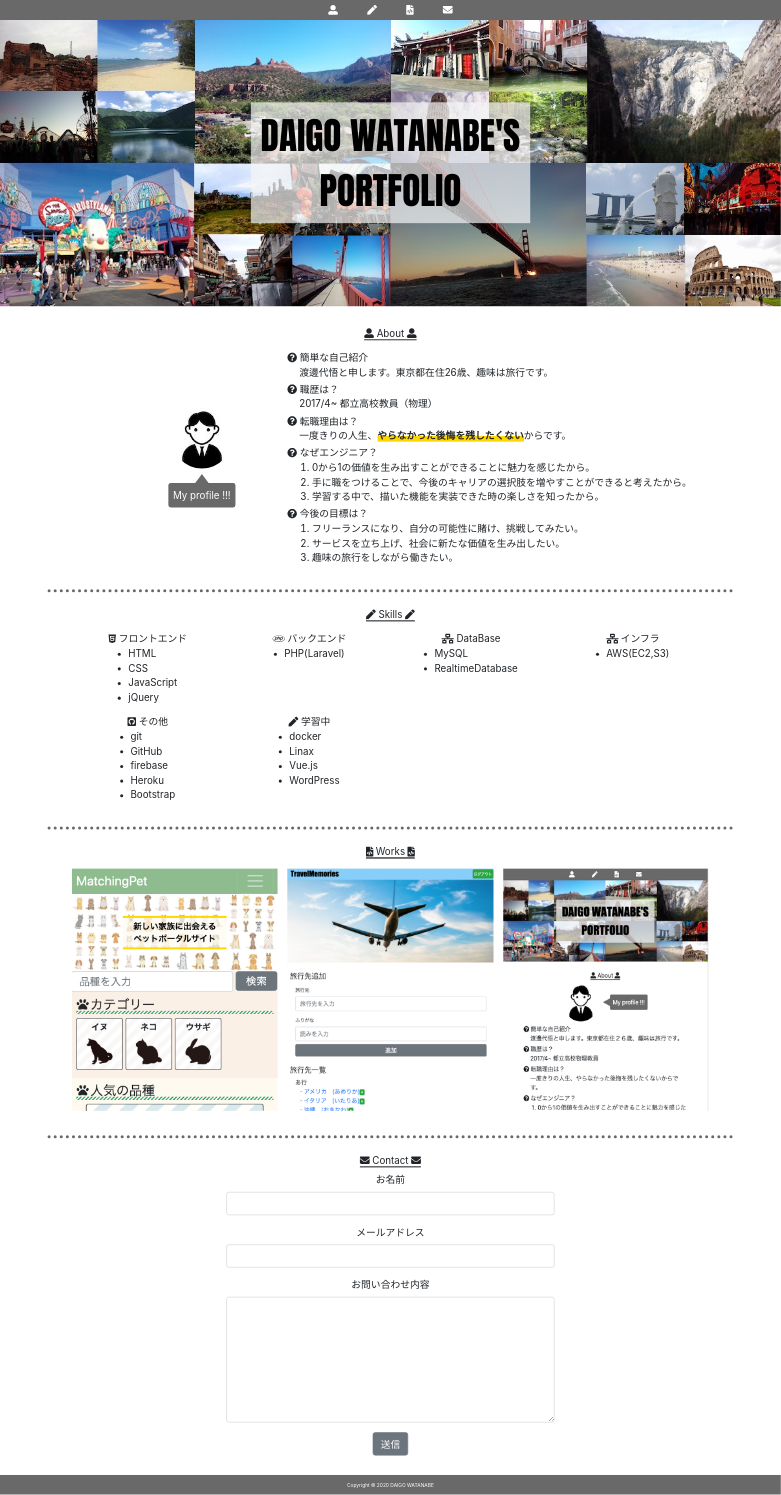
Repository: watanabedaigo/Portfolio
Page: public/index.html
The author's editor kept a record of every edit. The page is drawn from the files as they stood at one moment, then again after the next edit.
The browser window is 1280 px wide. The pictures show the whole page, at 61% of full size.
Some web libraries are served in a nearby version.

Above is the page before.

After the next edit:
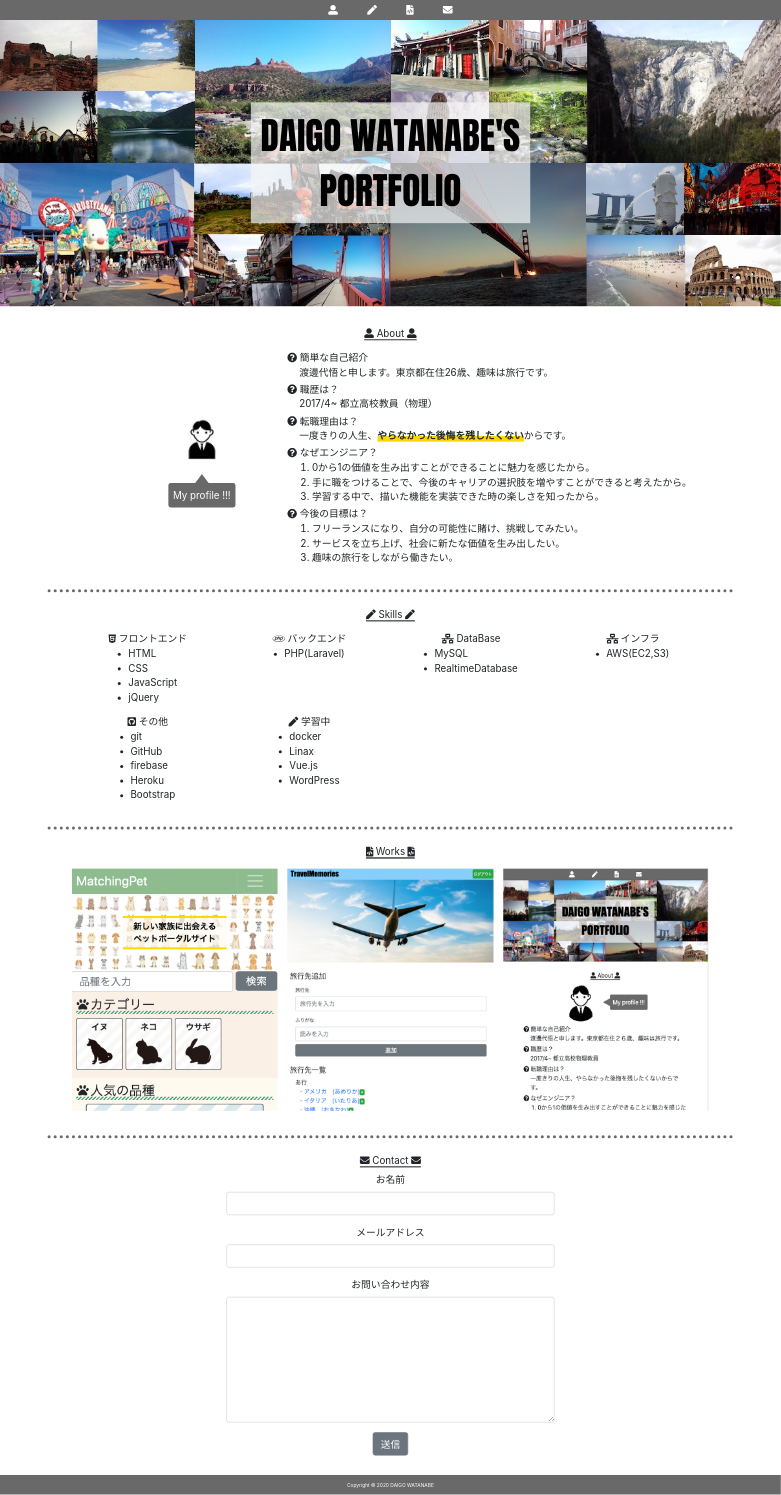
The edit:
--- a/public/css/main.css
+++ b/public/css/main.css
@@ -63,8 +63,9 @@
 
 .icon {
     background-image: url("../img/icon.jpg");
-    width:75px;
-    height:75px;
+    background-size:100px 100px;
+    width:50px;
+    height:50px;
     border-radius:50%;
     background-position:center center;
 }
